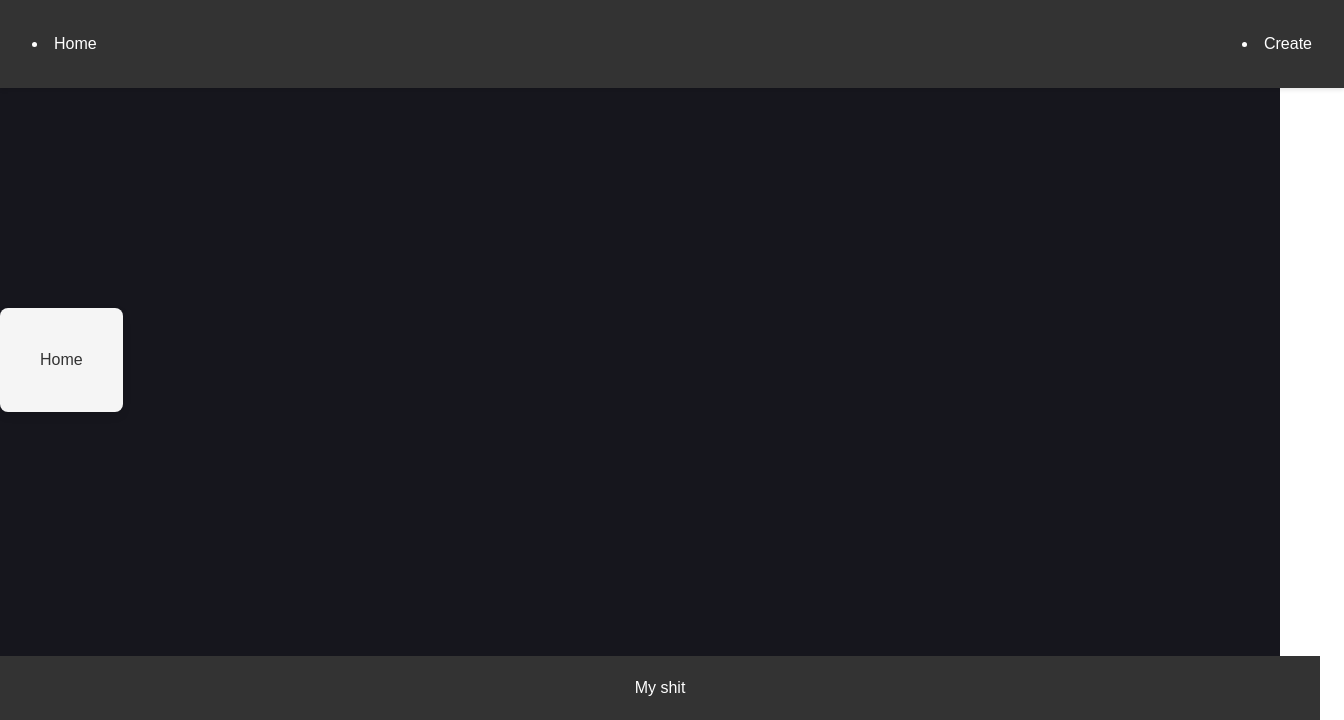
Repository: CarlosFranchN/myReact-supabase
Page: /
An editor plug-in stored every save of this project. The page is shown before and after the next save, followed by the edit.
The browser window is 1280 px wide. The page is 1344 px wide, then 1280 px, then 1344 px, so the pictures cover 1344 px, including what lies to the right of the window. The pictures show the whole page.
The project was rebuilt for these pictures with package versions that can differ from the ones it lists, and the page was loaded fresh each time. Also part of the build but not shown: vite.config.js, src/pages/Create/index.jsx.

Above is the page before, as saved 2024-11-14 13:44:01.

### src/App.jsx

import { BrowserRouter, Route, Routes } from 'react-router-dom'
import './App.css'
import { Home } from './pages/Home/Home'
import { Layout } from './components/Layout'
import { Create } from './pages/Create'

function App() {


  return (
    <>
      <BrowserRouter>
        <Routes>
          <Route path='/' element={<Layout/>} >
            <Route index element={<Home/>} />
            <Route path='/create' element={<Create/>} />

          </Route>
        </Routes>
      </BrowserRouter>
    </>
  )
}

export default App

### src/App.css
body {
  background-color: #16161d;
  color: white;
}
section {
  display: grid;
  grid-template-columns: repeat(3, 1fr);
  gap: 10px;
}
section div {
  background-color: #17176b;
  padding: 20px;
  border-radius: 15px;
  margin: 15px;
  color: rgb(255, 255, 255);
}
a {
  text-decoration: none;
  color: rgb(255, 255, 255);
}

### src/pages/Home/Home.jsx
import React from 'react'
import supabase from '../../config/supaBaseClient'


export const Home = () => {
    console.log(supabase)
    return (
    <div>Home</div>
  )
}

### src/components/Layout/index.jsx
import React from 'react'
import { LayoutCabecalho, LayoutFooter, LayoutFooterP, LayoutMain } from './style'
import {Link, Outlet } from 'react-router-dom'
import styled from 'styled-components'

export const Layout = () => {
  return (
    <>
        <nav>
            <LayoutCabecalho>
            <li>
                <Link to={"/"}>Home</Link>
                </li>
                <li>
                <Link to={"/create"}>Create</Link>
                </li>


            </LayoutCabecalho>
        </nav>
        <LayoutMain>
            <Outlet/>
        </LayoutMain>
        <LayoutFooter>
            <LayoutFooterP>My shit</LayoutFooterP>
        </LayoutFooter>
    </>
  )
}

### src/config/supaBaseClient.jsx

import { createClient } from '@supabase/supabase-js'

const supabaseUrl = 'https://ytabyfdnpzqccxsfantj.supabase.co'
const supabaseKey = 'eyJhbGciOiJIUzI1NiIsInR5cCI6IkpXVCJ9.eyJpc3MiOiJzdXBhYmFzZSIsInJlZiI6Inl0YWJ5ZmRucHpxY2N4c2ZhbnRqIiwicm9sZSI6ImFub24iLCJpYXQiOjE3MzE0NjY3MzQsImV4cCI6MjA0NzA0MjczNH0.feVRQBaTaEatsVG9XK4t162-65IogKVRz1hbNMabCec'
const supabase = createClient(supabaseUrl, supabaseKey)

export default supabase

### src/components/Layout/style.jsx
import styled from "styled-components";

export const LayoutCabecalho = styled.header`
  display: flex;
  justify-content: space-between;
  align-items: center;
  width: 100%;
  background-color: #333;
  color: #fff;
  padding: 2rem;
  text-align: center;
  font-family: Arial, sans-serif;
  box-shadow: 0 2px 4px rgba(0, 0, 0, 0.1);
  position: absolute;
  top: 0;

`;

export const LayoutFooter = styled.footer`
     background-color: #333; /* Cor de fundo */
    color: #fff; /* Cor do texto */
    text-align: center; /* Centraliza o texto */
    padding: 20px; /* Espaçamento interno */
    position: fixed; /* Fixa o footer na parte inferior da tela */
    width: 100%; /* Ocupa 100% da largura */
    bottom: 0; /* Fica grudado no final da página */
    font-size: 16px; /* Tamanho da fonte */
    font-family: Arial, sans-serif; /* Fonte */
`
export const LayoutFooterP = styled.p`
     margin: 0;

`

export const LayoutMain = styled.main`
     background-color: #f5f5f5; /* Cor de fundo */
  padding: 40px; /* Espaçamento interno */
  margin: 20px auto; /* Espaçamento externo */
  max-width: 1200px; /* Largura máxima da área de conteúdo */
  border-radius: 8px; /* Bordas arredondadas */
  box-shadow: 0 4px 8px rgba(0, 0, 0, 0.1); /* Sombra leve ao redor */
  font-family: Arial, sans-serif; /* Fonte */
  color: #333; /* Cor do texto */
`

Loaded but not shown: index.html (common file); src/main.jsx (common file); src/index.css (common file)

After the next save:
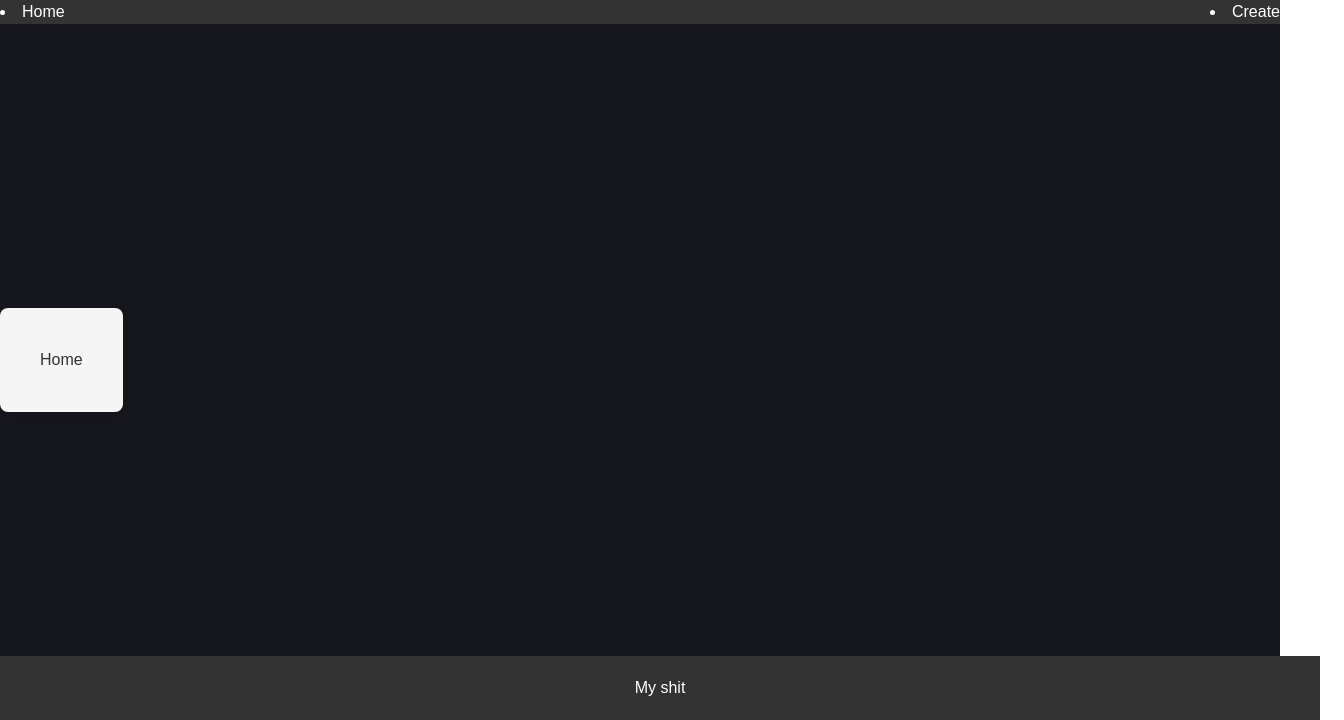
Saved 12 s later.
--- a/src/components/Layout/style.jsx
+++ b/src/components/Layout/style.jsx
@@ -7,7 +7,7 @@
   width: 100%;
   background-color: #333;
   color: #fff;
-  padding: 2rem;
+
   text-align: center;
   font-family: Arial, sans-serif;
   box-shadow: 0 2px 4px rgba(0, 0, 0, 0.1);

After the save that followed:
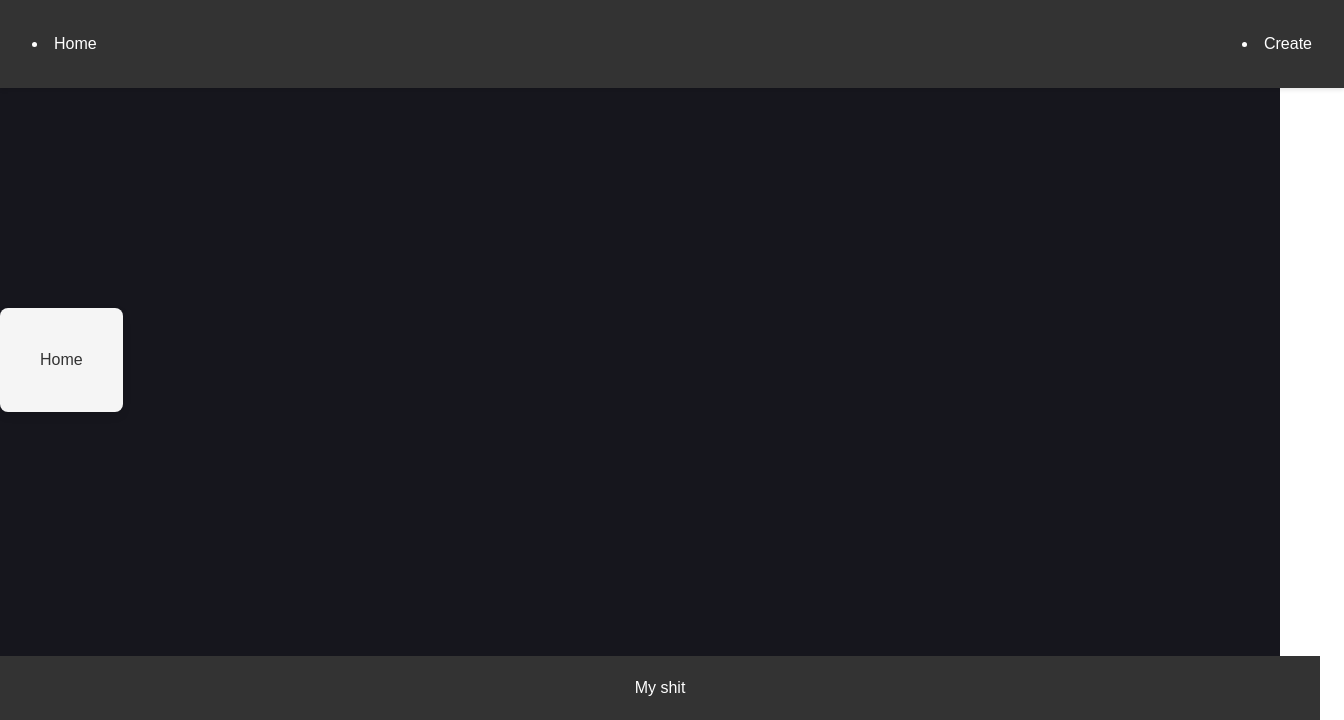
Saved 5 s later.
--- a/src/components/Layout/style.jsx
+++ b/src/components/Layout/style.jsx
@@ -7,7 +7,7 @@
   width: 100%;
   background-color: #333;
   color: #fff;
-
+  padding: 2rem;
   text-align: center;
   font-family: Arial, sans-serif;
   box-shadow: 0 2px 4px rgba(0, 0, 0, 0.1);
